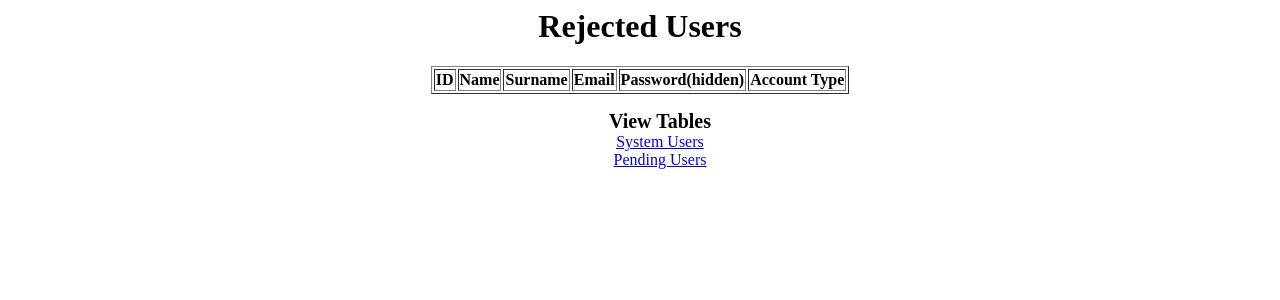
Repository: lorna-k/Workspace
Page: http://localhost/Alumni-2/JSP/RejectedUsers.jsp
The author's editor kept a copy of each file at every save. The page is drawn from the files as they stood at one save, then again after the next save.
The browser window is 1280 px wide. The pictures show the whole page.
The page is served by Tomcat 9. Other server files are loaded and not shown. Queries for data that is not in the repository find no rows.

Above is the page before, as saved 2016-09-09 20:02:45.

### Alumni/Alumni-2/WebContent/JSP/RejectedUsers.jsp


<%--
    Document   : AllPost
    Created on : Sep 1, 2016, 10:29:40 PM
    Author     : Skhumbuzo
--%>

<%@ page import="java.sql.*" %>
<%@ page import="dao.DataAccess" %>

<% Class.forName("com.mysql.jdbc.Driver"); %>

<HTML>
    <HEAD>
        <TITLE>Pending Users </TITLE>
    </HEAD>

    <BODY >
        <H1 align="center">Rejected Users</H1>

        <%
            Connection connection = DriverManager.getConnection("jdbc:mysql://137.158.160.145:3306/ngwphu001", "ngwphu001", "eupheyei");

            Statement statement = connection.createStatement() ;
            ResultSet resultset =
            statement.executeQuery("select * from Rejected_Users") ;
        %>
        <div align="center">
			<form action="${pageContext.request.contextPath}/ProcessRequest" method="post">

		        <TABLE BORDER="1">
		            <TR>
		                <TH>ID</TH>
		                <TH>Name</TH>
		                <TH>Surname</TH>
		                <TH>Email</TH>
		                <TH>Password(hidden)</TH>
		                <TH>Account Type</TH>
		            <!--<TH>Accept</TH>
		                <TH>Reject</TH>-->
		            </TR>
		            <% while(resultset.next())
		            {
		            	String id=resultset.getString(1);
		            	DataAccess da=new DataAccess();
		            %>
		            <TR>
		                <TD> <%= resultset.getString(1) %></TD>
		                <TD> <%= resultset.getString(2) %></TD>
		                <TD> <%= resultset.getString(3) %></TD>
		                <TD> <%= resultset.getString(4) %></TD>
		                <TD> ****************</TD>
		                <TD> <%= resultset.getString(6) %></TD>
		            <!--<TD><input type="submit" name="accept" value="<%=id%>" style="width:100%" /></TD>
		                <TD><input type="submit" name="reject" value="<%=id%>" style="width:100%" /></TD>-->
		            </TR>
		            <% } %>
		        </TABLE>

	        </form>


	        <ul style="list-style: none;">
	        	<li><strong style="font-size:20px">View Tables</strong></li>
	        	<li><a href="SystemUsers.jsp">System Users</a></li>
	        	<li><a href="PendingUsers.jsp">Pending Users</a></li>
	        </ul>




        </div>



    </BODY>
</HTML>

After the next save:
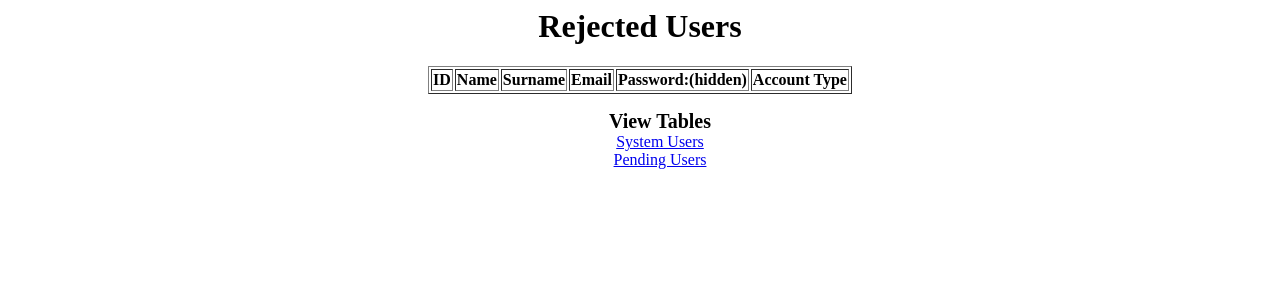
Saved 19 s later.
--- a/Alumni/Alumni-2/WebContent/JSP/RejectedUsers.jsp
+++ b/Alumni/Alumni-2/WebContent/JSP/RejectedUsers.jsp
@@ -35,7 +35,7 @@
 		                <TH>Name</TH>
 		                <TH>Surname</TH>
 		                <TH>Email</TH>
-		                <TH>Password(hidden)</TH>
+		                <TH>Password:(hidden)</TH>
 		                <TH>Account Type</TH>
 		            <!--<TH>Accept</TH>
 		                <TH>Reject</TH>-->
